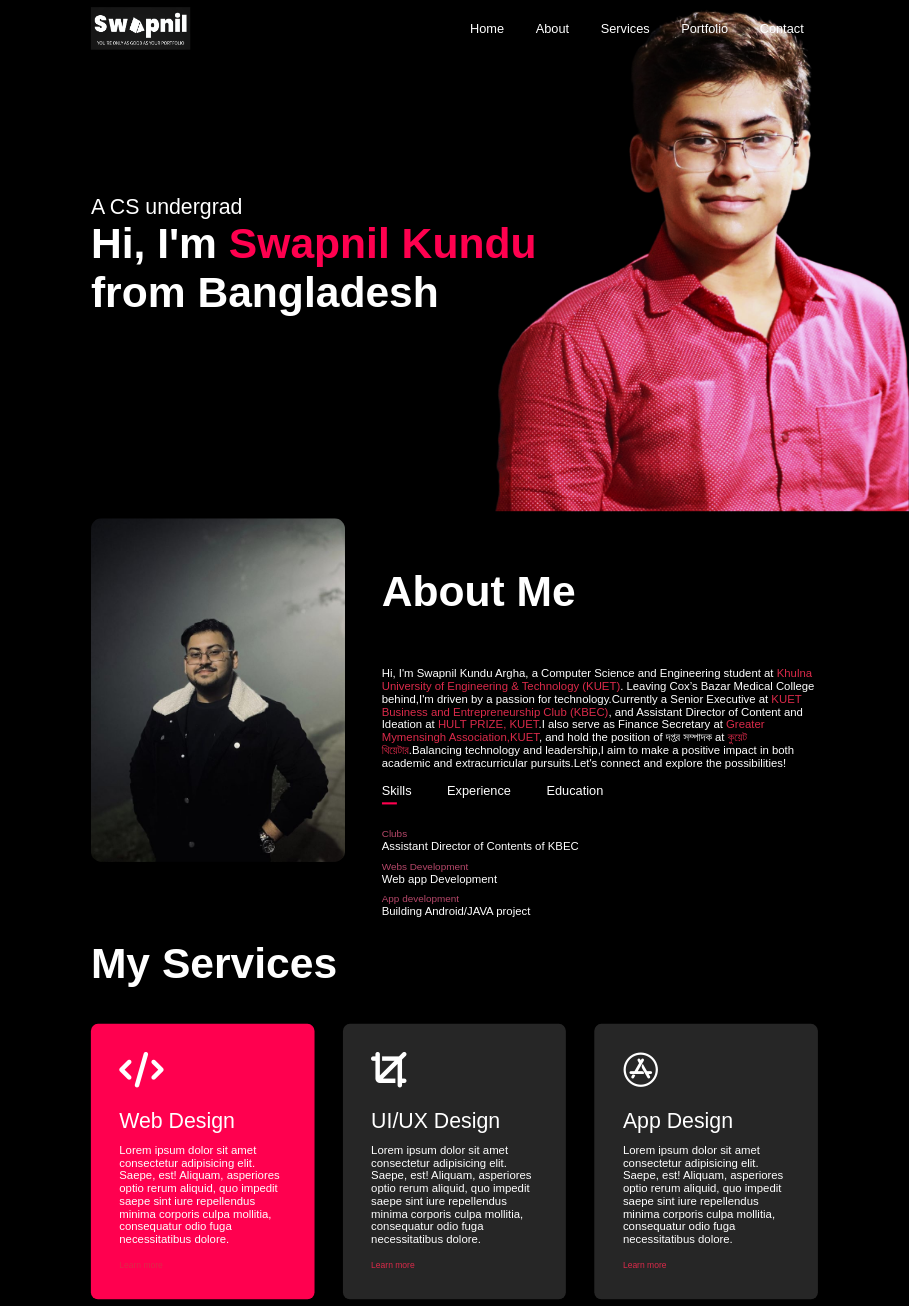
Repository: SwapnilKundu/portfolio
Page: index.html
An editor plug-in stored every save of this project. The page is shown before and after a run of saves, followed by the edit.
The browser window is 1280 px wide. The pictures show the whole page, at 71% of full size.
The pointer rests on the first visible `.services-list div`.
Some web libraries are served in a nearby version.

Above is the page before, as saved 2024-01-20 10:24:05.

### index.html
<!DOCTYPE html>
<html lang="en">
<head>
    <meta charset="UTF-8">
    <meta name="viewport" content="width=device-width, initial-scale=1.0">
    <title>Personal Portfolio Website</title>
    <link rel="stylesheet" href="style.css">
    <script src="https://kit.fontawesome.com/74456a4746.js" crossorigin="anonymous"></script>
</head>
<body>
  <div id="header">
    <div class="container">
        <nav>
            <img src="images/logo1.png" class="logo" width="40" height="60">
            <ul>
                <li><a href ="#">Home</a></li>
                <li><a href ="#">About</a></li>
                <li><a href ="#">Services</a></li>
                <li><a href ="#">Portfolio</a></li>
                <li><a href ="#">Contact</a></li>
            </ul>
        </nav>
        <div class="header-text">
            <p>A CS undergrad </p>
            <h1>Hi, I'm <span>Swapnil Kundu</span> <br> from Bangladesh</h1>
        </div>
    </div>
  </div>
  <div id="about">
    <div class="container">
        <div class="row">
            <div class="about-col-1">
                <img src="images/Aboutme4.jpg" alt="Profile Image">
            </div>
            <div class="about-col-2">
                <h1 class="sub-title"><br>About Me</h1>
                <p>
                    <br><br><br><br>Hi, I'm Swapnil Kundu Argha, a Computer Science and Engineering student at <a href="http://www.kuet.ac.bd/" target="_blank">Khulna University of Engineering & Technology (KUET)</a>. Leaving Cox’s Bazar Medical College behind,I'm driven by a passion for technology.Currently a Senior Executive at <a href="https://www.facebook.com/KBEC.official">KUET Business and Entrepreneurship Club (KBEC)</a>, and Assistant Director of Content and Ideation at <a href="https://scontent.fjsr8-1.fna.fbcdn.net/v/t39.30808-6/414475463_878653704262850_605489790676270348_n.jpg?_nc_cat=106&ccb=1-7&_nc_sid=dd5e9f&_nc_eui2=AeG7qaCzWQGluZMTMKWtrD6ipcnI0dawWuilycjR1rBa6PLkHzdtJERiOyrmRQaxy3TT_q5vz9qIQ5m4l8xfiGP6&_nc_ohc=qg8Pu4EAUVYAX9avaA_&_nc_ht=scontent.fjsr8-1.fna&oh=00_AfBZ6Lqa5248mqS64WxhR3KxGRhN1UCrqkgUgA0V5dsZlw&oe=65AF45DF">HULT PRIZE, KUET</a>.I also serve as Finance Secretary at <a href="#link-to-GMA">Greater Mymensingh Association,KUET</a>, and hold the position of দপ্তর সম্পাদক at <a href="#link-to-theater">কুয়েট থিয়েটার</a>.Balancing technology and leadership,I aim to make a positive impact in both academic and extracurricular pursuits.Let's connect and explore the possibilities!
                </p>

                <div class="tab-titles">
                    <p class="tab-links active" onclick="opentab('skills')">Skills</p>
                    <p class="tab-links" onclick="opentab('experience')">Experience</p>
                    <p class="tab-links"onclick="opentab('education')">Education</p>
            </div>
            <div class="tab-contents active-tab"id ="skills">
                <ul>
                    <li><span>Clubs</span><br>Assistant Director of Contents of KBEC</li>
                    <li><span>Webs Development</span><br>Web app Development</li>
                    <li><span>App development</span><br>Building Android/JAVA project</li>
                </ul>
            </div>
            <div class="tab-contents" id ="experience">
                <ul>
                    <li><span>2022-Current</span><br>An Active member of KBEC</li>
                    <li><span>2023-Semester 2.2</span><br>App Development by JAVA</li>
                    <li><span>2024-Semester 3.1</span><br>Web Development by HTML,CSS,JAVA</li>
                    <li><span>2022-Current</span><br>An Active member of KBEC</li>

                </ul>
            </div>

            <div class="tab-contents" id ="education">
                <ul>
                    <li><span>2018</span><br>SSC from Mymensingh Zilla School,Mymensingh</li>
                        <li><span>2020</span><br>HSC from Ananda Mohan College,Mymensingh</li>
                        <li><span>From March,2022</span><br>Currently studying BSc in CSE department</li>
                </ul>
            </div>
        </div>
    </div>
  </div>

  <div id="Services">
    <div class ="container">
    <h1 class="sub-title">My Services</h1>
    <div class ="services-list">

        <div>
            <i class="fa-solid fa-code"></i>
            <h2>
                Web Design
            </h2>
            <p>Lorem ipsum dolor sit amet consectetur adipisicing elit. Saepe, est! Aliquam, asperiores optio rerum aliquid, quo impedit saepe sint iure repellendus minima corporis culpa mollitia, consequatur odio fuga necessitatibus dolore.

            </p>
            <a href="#">Learn more</a>
        </div>
        <div>
            <i class="fa-solid fa-crop"></i>
            <h2>
                UI/UX Design
            </h2>
            <p>Lorem ipsum dolor sit amet consectetur adipisicing elit. Saepe, est! Aliquam, asperiores optio rerum aliquid, quo impedit saepe sint iure repellendus minima corporis culpa mollitia, consequatur odio fuga necessitatibus dolore.

            </p>
            <a href="#">Learn more</a>
        </div>
        <div>
            <i class="fa-brands fa-app-store"></i>
            <h2>

                App Design
            </h2>
            <p>Lorem ipsum dolor sit amet consectetur adipisicing elit. Saepe, est! Aliquam, asperiores optio rerum aliquid, quo impedit saepe sint iure repellendus minima corporis culpa mollitia, consequatur odio fuga necessitatibus dolore.

            </p>
            <a href="#">Learn more</a>
        </div>
        </div>
    </div>
  </div>
  <script>
    var tablinks = document.querySelectorAll(".tab-links");
    var tabcontents = document.querySelectorAll(".tab-contents");

    function opentab(tabname) {
        for (tablink of tablinks) {
            tablink.classList.remove("active-link");
        }

        for (tabcontent of tabcontents) {
            tabcontent.classList.remove("active-tab");
        }

        var activeTab = document.getElementById(tabname);
        activeTab.classList.add("active-tab");

        var activeLink = document.querySelector(`.tab-links[data-tab="${tabname}"]`);
        activeLink.classList.add("active-link");
    }
</script>

</body>
</html>

### style.css
*
{
    margin: 0;
    padding: 0;
    font-family: 'Poppins',sans-serif;
    box-sizing: border-box;
}

body
{
    background: #000;
    color: #fff;
}
#header
{
    width: 100%;
    height: 100vh;
    background-image: url(images/ccc2.png);
    background-size: cover;
    background-position: left;
    background-repeat: no-repeat;
    overflow: hidden;
}
.container
{
padding: 10px 10%;
}
nav{
    display: flex;
    align-items: center;
    justify-content: space-between;
    flex-wrap: wrap;
}
.logo{
    width: 140px;
}

nav ul li{
    display:inline-block;
    list-style: none;
    margin: 10px 20px;

}
nav ul li a{
    color: #fff;
    text-decoration:none ;
    font-size: 18px;
    position: relative;
}

nav ul li a::after
{
    content: '';
    width:0;
    height:3px;
    background:#ff004f;
    position: absolute;
    left: 0;
    bottom: -6px;
    transition: 0.5s;

}
nav ul li a:hover::after
{
    width:100%;
}
.header-text{
    margin-top: 20%;
    font-size: 30px;
}
.header-text h1
{
    font-size:60px;
}
.header-text h1 span
{
    color:#ff004f;
}

#about a {
    color: #db2a4a;
    text-decoration: none;
}

#about a:hover {
    color: #ababab;
}
.row
{
    display: flex;
    justify-content: space-between;
    flex-wrap: wrap;
}

.about-col-1{
    flex-basis:35%;
}
.about-col-1 img
{
    width: 100%;
    border-radius: 15px;
}

.about-col-2
{
    flex-basis: 60%;
}

.sub-title
{
    font-size:60px;
    font-weight:600;
    color:#fff;
}

.tab-titles {
    display: flex;
    margin: 20px 0 40px;
}

.tab-links {
    margin-right: 50px;
    font-size: 18px;
    font-weight: 500;
    cursor: pointer;
    position: relative;
    color: #fff;
    text-decoration: none;
    transition: color 0.5s;
}

.tab-links::after {
    content: '';
    width: 0;
    height: 3px;
    background: #ff004f;
    position: absolute;
    left: 0;
    bottom: -8px;
    transition: 0.5s;
}

.tab-links:hover {
    color: #ff004f; /* Change the color on hover */
}

.tab-links.active::after {
    width: 50%;
}
.tab-contents ul li
{
    list-style:none;
    margin:10px 0;
}
.tab-contents ul li span
{
    color:#b54769;
    font-size: 14px;
}
.tab-contents
{
    display: none;
}
.tab-contents.active-tab
{
    display: block;
}




#services-list
{

    padding :30px 0;
}
.services-list
{
    display:grid;
    grid-template-columns: repeat(auto-fit,minmax(250px, 1fr));
    grid-gap:40px;
    margin-top: 50px;
}
.services-list div{
    background:#262626;
    padding: 40px;
    font: size 13px;
    font-weight: 300;
    border-radius:10px;
    transition: background 0.5s,transform 0.5s;
}
.services-list div i
{
    font-size: 50px;
    margin-bottom: 30px;
}
.services-list div h2
{
    font-size:  30px;
    font-weight: 500;
    margin-bottom:15px;

}
.services-list div a{
    text-decoration: none;
    color:#fff;
    font-size: 12px;
    margin-top: 20px;
    display: inline-block;
}
.services-list div:hover
{
    background:#ff004f;
    transform: translate;
}

After the next 2 saves:
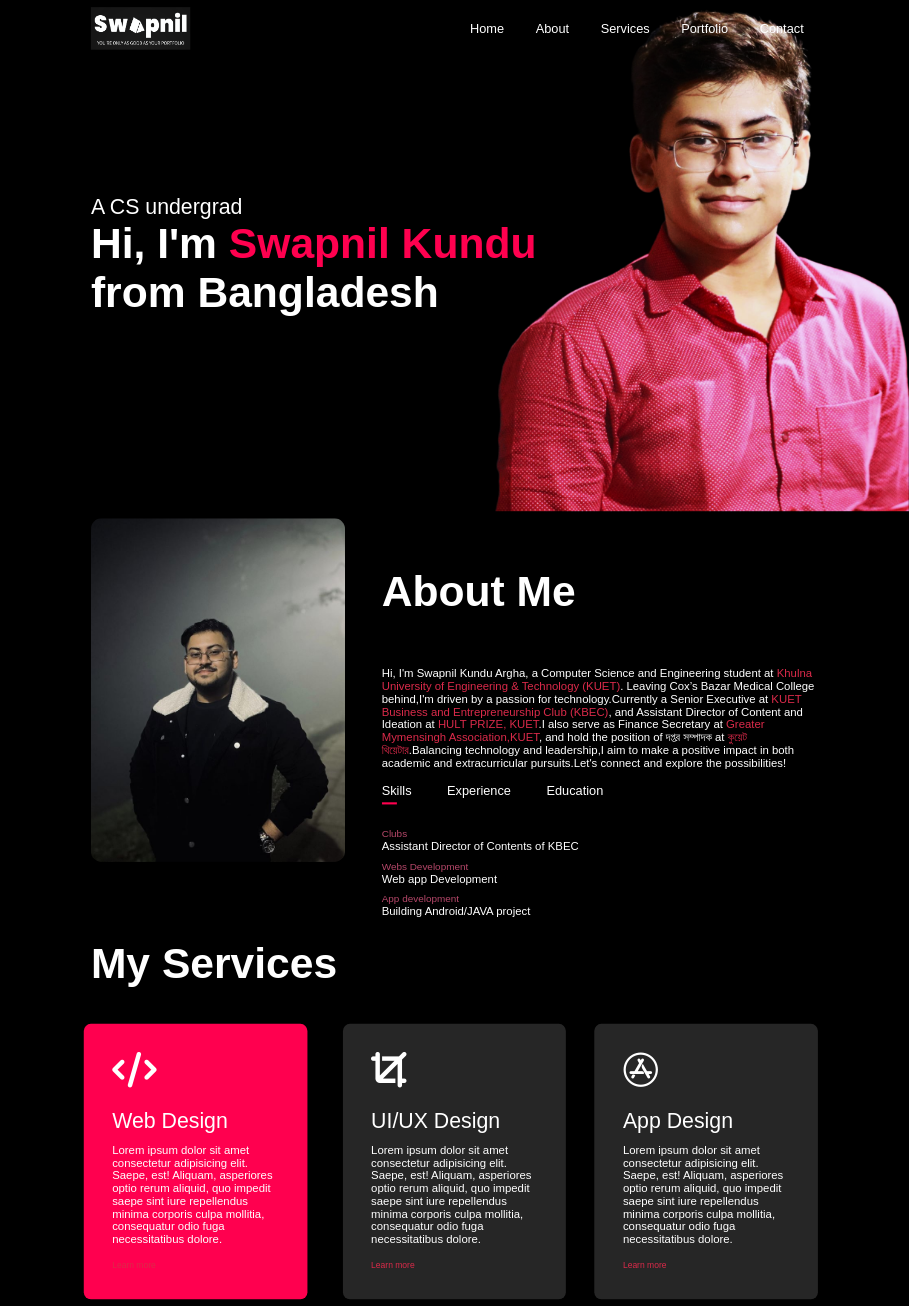
The 2 saves are shown as one change because they came seconds apart.
The last was saved 25 s later.
--- a/style.css
+++ b/style.css
@@ -211,5 +211,5 @@ nav ul li a:hover::after
 .services-list div:hover
 {
     background:#ff004f;
-    transform: translate;
-}
+    transform: translate(-10px);
+}
